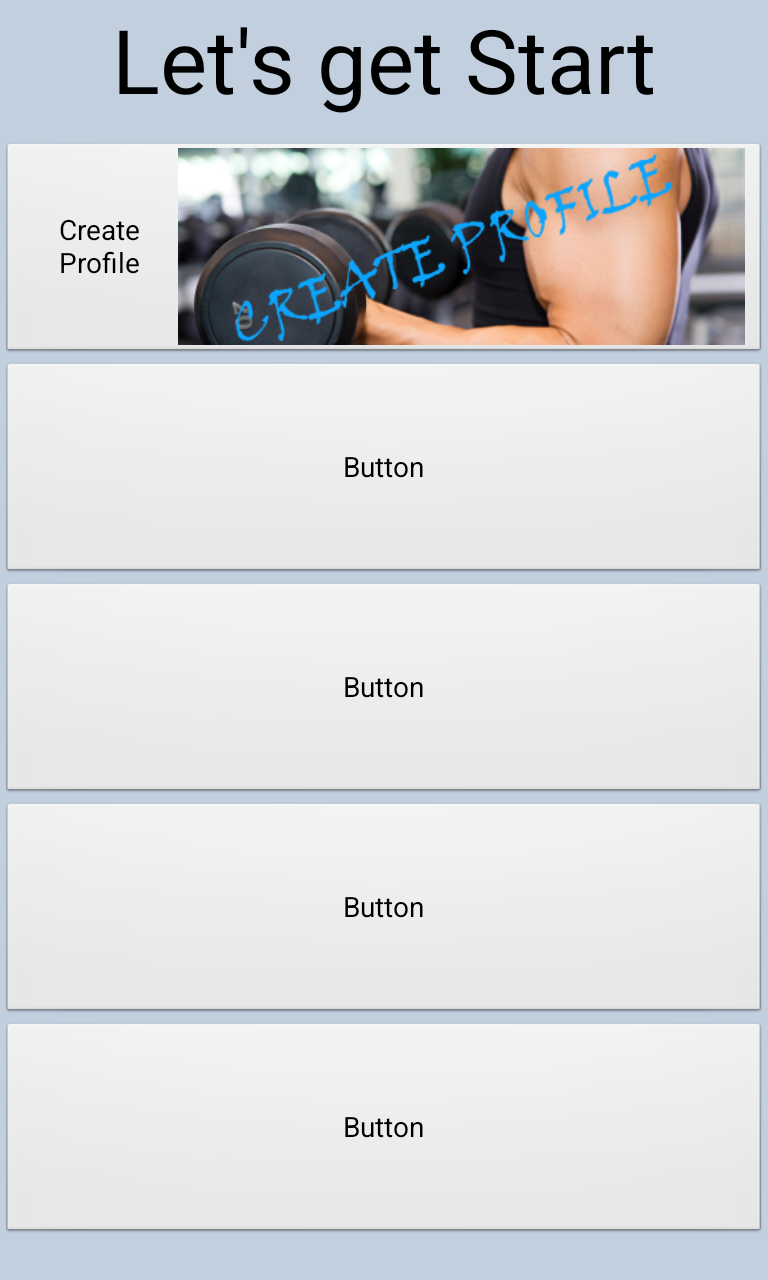
Repository: parinya1968/My-project
Layout: DroidWork/getBig/res/layout/profilemenu.xml
An editor plug-in stored every save of this project. The layout is shown before and after the next save, followed by the edit.
It is drawn on a 768 x 1280 px phone screen (xhdpi) without system bars, with theme android:Theme.NoTitleBar.Fullscreen; the app's code is not run.

Above is the layout before, as saved 2012-06-20 03:52:40.

After the next save:
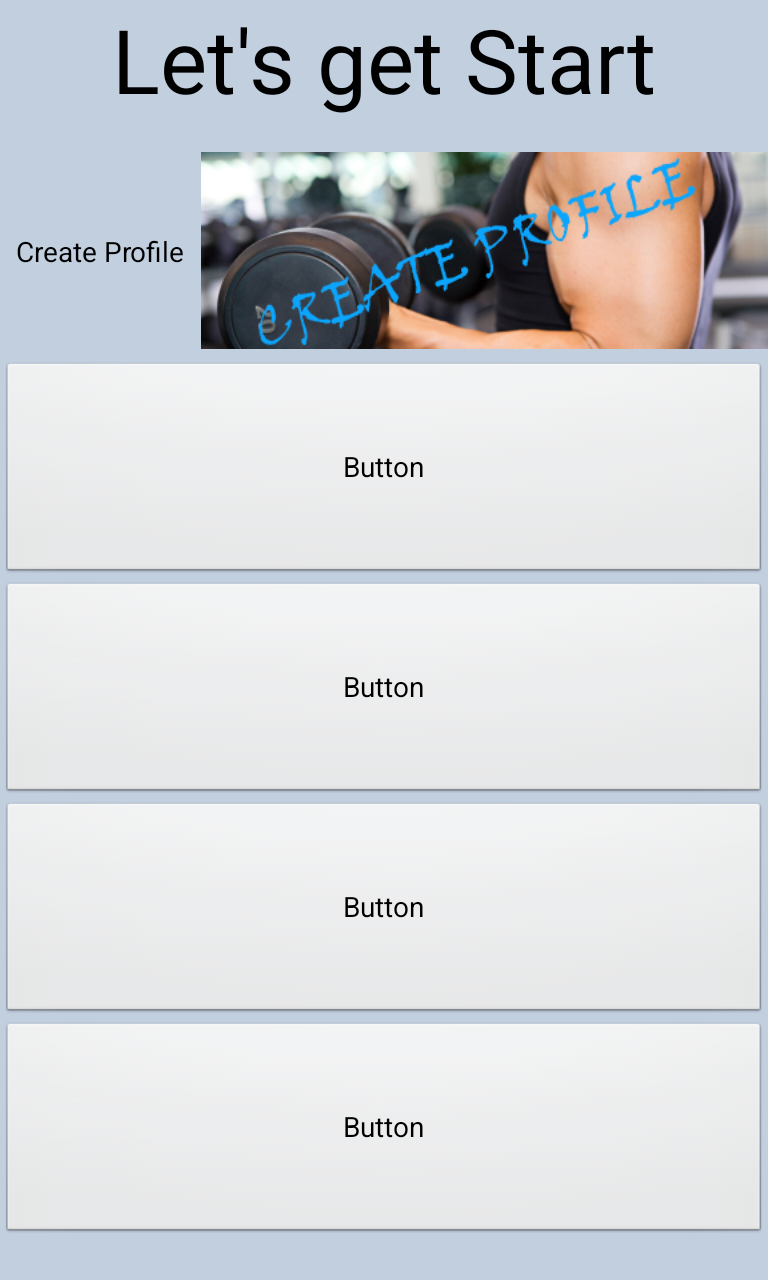
Saved 97 s later.
--- a/DroidWork/getBig/res/layout/profilemenu.xml
+++ b/DroidWork/getBig/res/layout/profilemenu.xml
@@ -27,6 +27,7 @@
             android:id="@+id/groups_profile_create"
             android:layout_width="match_parent"
             android:layout_height="110dp"
+            android:background="@android:color/transparent"
             android:text="Create Profile"
             android:drawableRight="@drawable/createprofile" />
 
